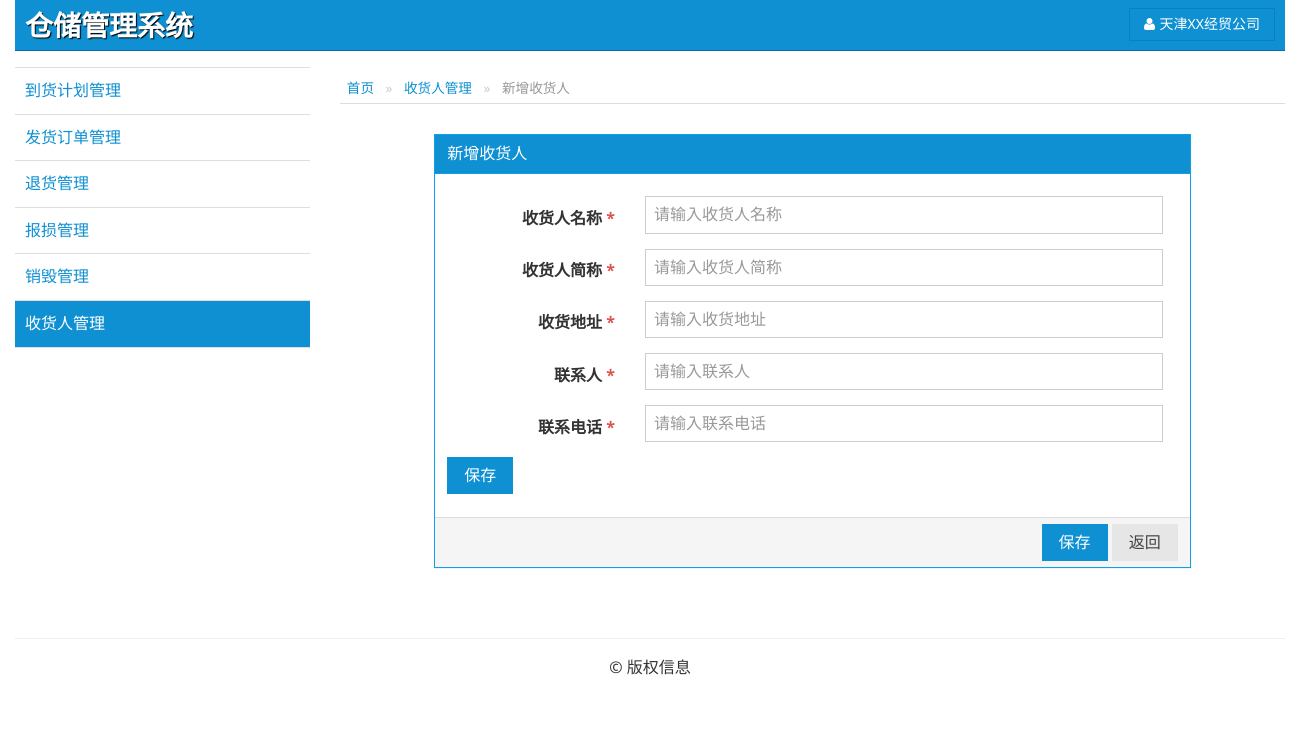
Repository: liuyouth/66
Page: http://localhost/syhz-web/WEB-INF/pages/recipient/add.jsp
An editor plug-in stored every save of this project. The page is shown before and after a run of saves, followed by the edit.
The browser window is 1280 px wide. The page is 1300 px wide, so the pictures cover 1300 px, including what lies to the right of the window. The pictures show the whole page.
The page is served by Tomcat 9. Nobody is signed in. The template is opened directly, without the code that normally fills it, so the values that code supplies are empty.

Above is the page before, as saved 2016-07-01 07:31:52.

After the next 2 saves:
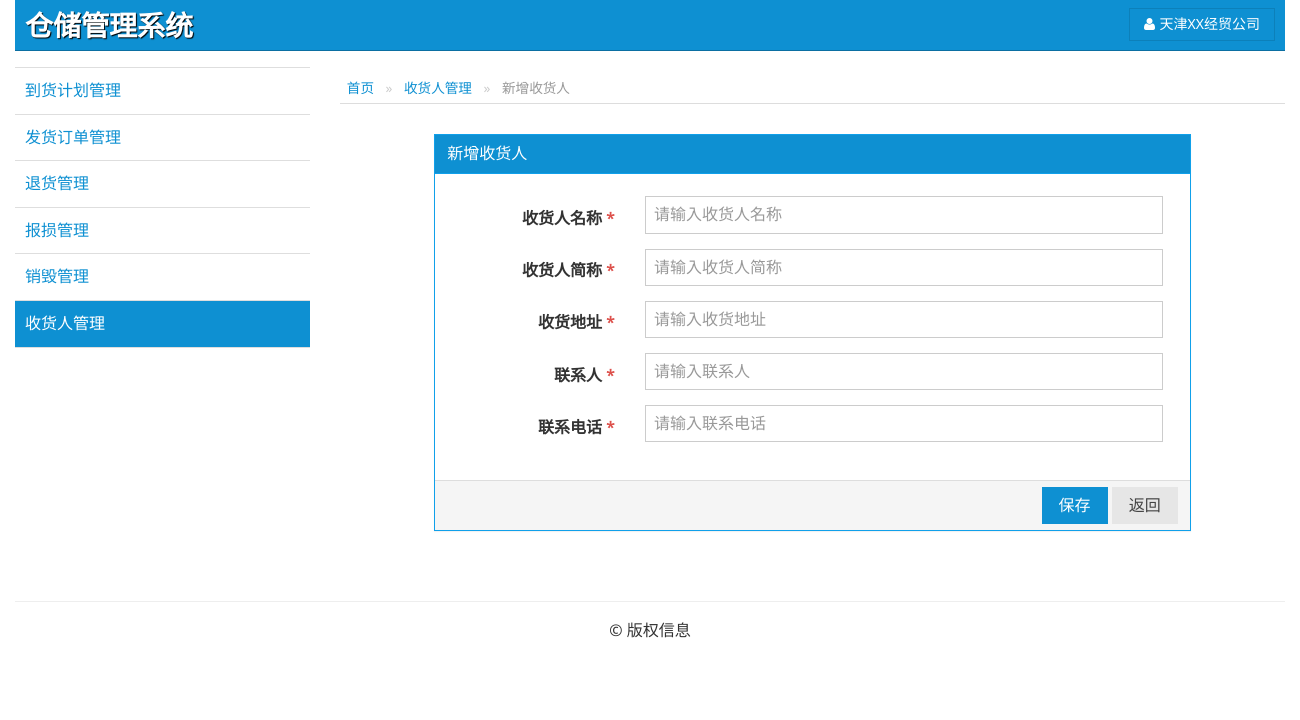
The 2 saves are shown as one change because they came seconds apart.
The last was saved 48 s later.
--- a/syhz-web/WebContent/WEB-INF/pages/recipient/add.jsp
+++ b/syhz-web/WebContent/WEB-INF/pages/recipient/add.jsp
@@ -68,18 +68,17 @@
 									<input type="text" name="recipientContactPhone" maxlength="20" datatype="*" placeholder="请输入联系电话">
 								</div>
 							</div>
-								<button type="button" id="submitBtn" class="am-btn am-btn-primary">保存</button>
-						</form>
-					</div>
-					<footer class="am-panel-footer">
-						<div class="am-g">
-							<label class="am-u-sm-3 am-form-label"></label>
-							<div class="am-u-sm-9" style="text-align:right;">
-								<button type="button" id="" class="am-btn am-btn-primary">保存</button>
-								<button type="button" class="am-btn am-btn-default" onclick="javascript:history.back(-1);">返回</button>
+						</div>
+						<footer class="am-panel-footer">
+							<div class="am-g">
+								<label class="am-u-sm-3 am-form-label"></label>
+								<div class="am-u-sm-9" style="text-align:right;">
+									<button type="button" id="" class="am-btn am-btn-primary">保存</button>
+									<button type="button" class="am-btn am-btn-default" onclick="javascript:history.back(-1);">返回</button>
+								</div>
 							</div>
-						</div>
-					</footer>
+						</footer>
+					</form>
 				</div>
 			</div>
 			<!-- context end -->
